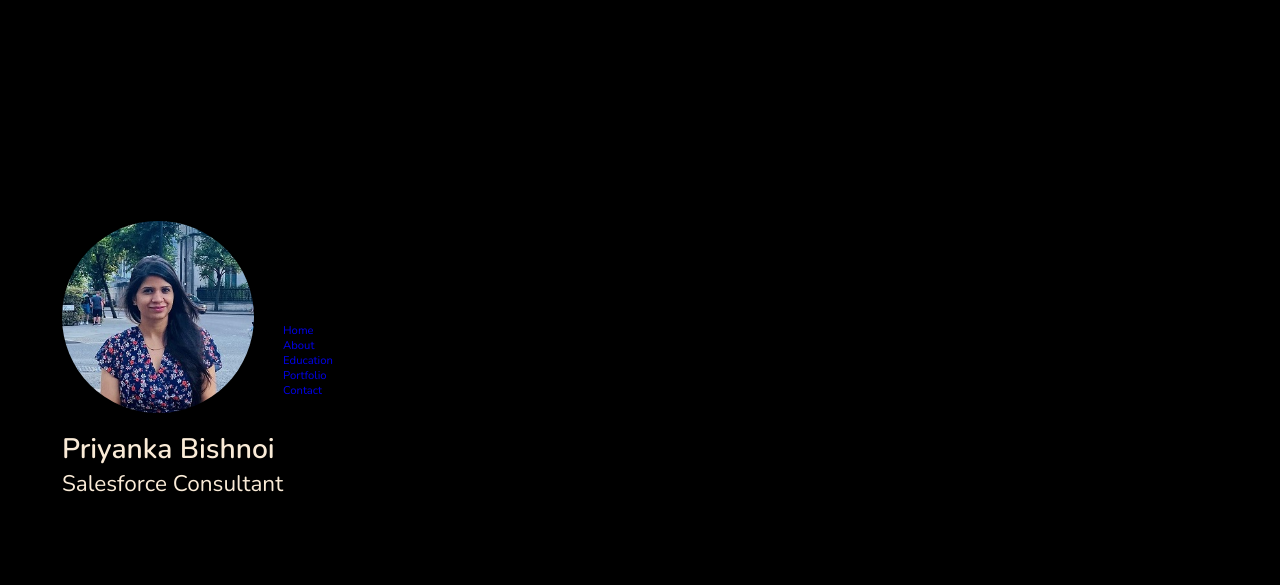
Repository: priyanka-bishnoi/PortfolioPage
Page: MyPage.html
These files come from the project's save history. The page is drawn as it stood at one moment and after the next save; the edit follows.
The browser window is 1280 px wide. The pictures show the whole page.

Above is the page before, as saved 2022-10-07 00:40:25.

After the next save:
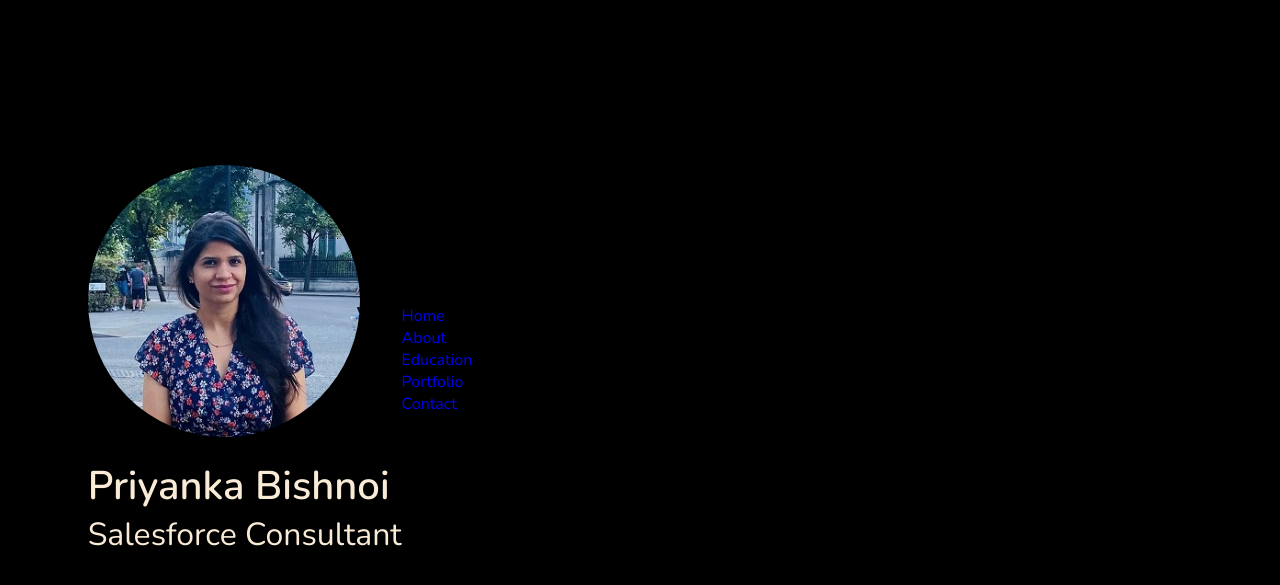
Saved 8 s later.
--- a/css/style.css
+++ b/css/style.css
@@ -9,7 +9,7 @@
     transition:all .2s linear;
 }
 html {
-    font-size:70.5%;
+    //font-size:70.5%;
     overflow-x:hidden;
 }
 header {
